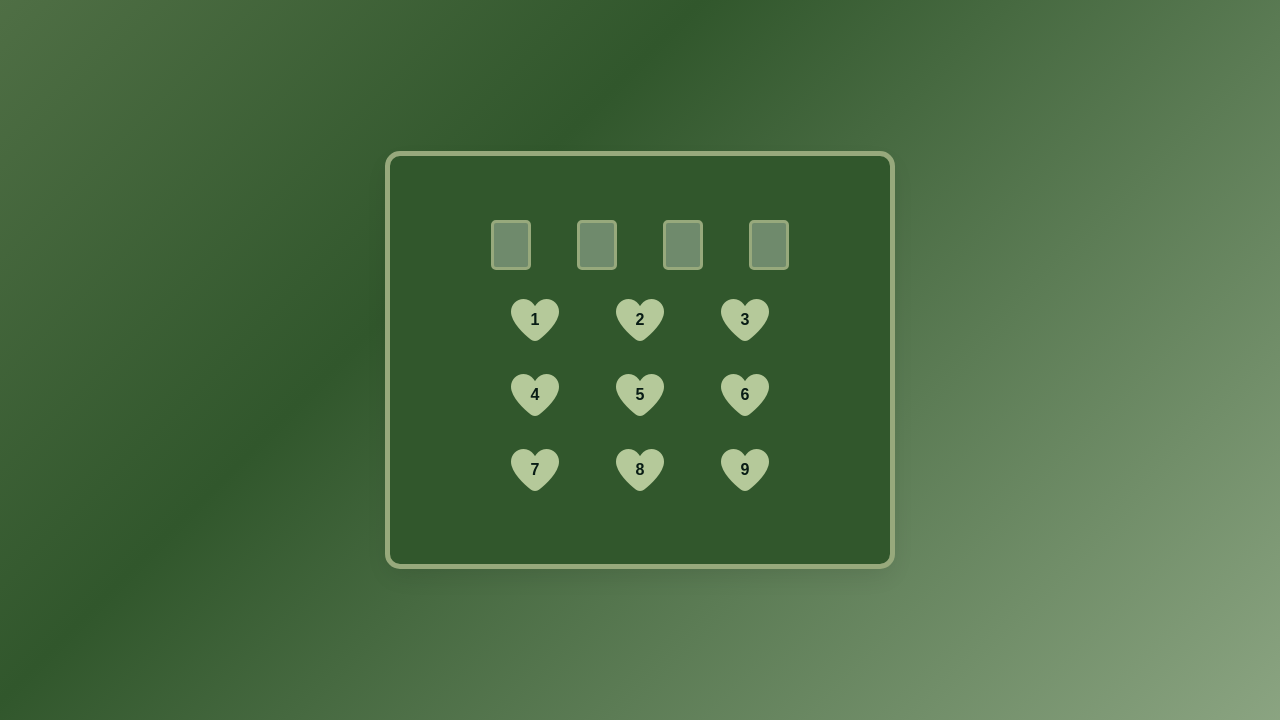
Repository: jahatesu/project-cutie
Page: index.html
These files come from the project's save history. The page is drawn as it stood at one moment and after the next save; the edit follows.
The browser window is 1280 px wide. The pictures show the whole page.
Some web libraries are served in a nearby version.

Above is the page before, as saved 2025-08-14 23:58:38.
Console error: TypeError: Cannot read properties of null (reading 'getBoundingClientRect')

### index.html
<!DOCTYPE html>
<html lang="en">
<head>
    <meta charset="UTF-8"
    meta http-equiv="X-UA-Compatible" content="IE=edge">
    <meta name="viewport" content="width=device-width, initial-scale=1.0">
    <title>idk yet</title>
    <link rel="stylesheet" href="https://cdnjs.cloudflare.com/ajax/libs/font-awesome/7.0.0/css/all.min.css">
    <link rel="stylesheet" href="style.css">
</head>

<body>
    <div class="wrapper">
        <!-- <i class="fa-solid fa-heart"></i>
        <h2 class="question">Do you wanna see why I think you’re the cutest?</h2>
        <div class="btn-group">
            <button class="btn-yes">Yes</button>
            <button class="btn-no">No</button>
        </div> -->

        <!-- PIN DISPLAY -->
         <div class="pin-display">
            <div class="pin-box"></div>
            <div class="pin-box"></div>
            <div class="pin-box"></div>
            <div class="pin-box"></div>
         </div>

         <!-- HEART BUTTONS -->
         <div class="heart-pad">
            <button data-num="1"><i class="fa-solid fa-heart"></i><span>1</span></button>
            <button data-num="2"><i class="fa-solid fa-heart"></i><span>2</span></button>
            <button data-num="3"><i class="fa-solid fa-heart"></i><span>3</span></button>
            <button data-num="4"><i class="fa-solid fa-heart"></i><span>4</span></button>
            <button data-num="5"><i class="fa-solid fa-heart"></i><span>5</span></button>
            <button data-num="6"><i class="fa-solid fa-heart"></i><span>6</span></button>
            <button data-num="7"><i class="fa-solid fa-heart"></i><span>7</span></button>
            <button data-num="8"><i class="fa-solid fa-heart"></i><span>8</span></button>
            <button data-num="9"><i class="fa-solid fa-heart"></i><span>9</span></button>

        </div>
    </div>

    <script src="script.js"></script>


</body>
</html>

### style.css
:root{
    --bg1:#e9f5db;
    --bg2:#90a955;
    --accent:#b5c99a;
    --ink:#232323;
    --splash-duration: 2600ms;
  }

*{
    margin: 0;
    padding: 0;
    box-sizing: border-box;
}

html, body {
    display: flex;
    justify-content: center;
    align-items: center;
    min-height: 100vh;
  width: 100%;
  height:100%;
}

body {
    background: linear-gradient(-45deg, #e9f5db, #31572c, #a3b18a, #588157);
    background-size: 400% 400%;
    animation: gradient 15s ease infinite;
}

@keyframes gradient {
    0% {
        background-position: 0% 50%;
    }
    50% {
        background-position: 100% 50%;
    }
    100% {
        background-position: 0% 50%;
    }
}
.wrapper{
    position: relative;
    width: 90%;
    padding: 5%;
    max-width: 500px;
    margin: 50px 50px;
    height: fit-content;
    /* max-height: 50%; */
    background: #31572c;
    border-radius: 10px;
    display: flex;
    justify-content: center;
    align-items: center;
    box-shadow: 0 10px 25px rgba(0,0,0,0.1);
    flex-direction: column;
    text-align: center;
    outline: 5px solid #97a97c;
}

.pin-display{
  display: flex;
  justify-content: space-between;
  margin-bottom: 20px;
  width: 80%;
}

.pin-box{
  width: clamp(30px, 9vw, 40px);
  height: clamp(30px, 9vw, 50px);
  border: 3px solid #97a97c;
  border-radius: 5px;
  background: rgba(255,255,255,0.3);

   display: flex;           /* center content */
  justify-content: center; /* horizontal center */
  align-items: center;     /* vertical center */

  font-size: 1.5rem;       /* size of entered number */
  font-weight: bold;       /* make number bold */
  color: #081c15;             /* number color */
  text-align: center;      /* center text */
}

.heart-pad {
  display: grid;
  grid-template-columns: repeat(3, 1fr);
  gap: 15px;
  width: 100%;
  max-width: 300px;
  justify-items: center;
  margin: 0 auto;
}

.heart-pad button {
  position: relative;
  width: 60px;
  height: 60px;
  background: none;        /* remove default button background */
  border: none;
  cursor: pointer;
  font-size: 1rem;
  color: #081c15;
  display: flex;
  justify-content: center;
  align-items: center;
  outline: 4px solid transparent; /* outline for focus state */
  transition: outline-color 0.3s ease;
}


.heart-pad i {
  position: absolute;      /* behind the number */
  font-size: 3rem;         /* heart size */
  color: #b5c99a;          /* heart color */
  z-index: 0;
}

.heart-pad button span {
  position: relative;
  z-index: 1;              /* number above the heart */
  font-weight: bold;
}


/* .wrapper i {
  font-size: 50px;
  margin-bottom: 10px;
  color: #e9f5db;
}

i{
    font-size:7.5em;
    color: #e9f5db;
    border: 5px solid transparent;
}

h2{
    font-size: 2em;
    color: #e9f5db;
    margin: 15px 0;
}
@media (max-width: 600px) {
  .h2 {
    font-size: 1.2rem;
  }
}

.btn-group{
    width: 100%;
    height: 40px;
    display: flex;
    justify-content: center;
    margin-top: 15px;
}

button {
    position: absolute;
    width: 150px;
    height: inherit;
    font-size: 1.2em;
    color: #e9f5db;
    font-weight: 600;
    border-radius: 30px;
    border: 2px solid #4f772d;
    cursor: pointer;
    box-shadow: 0 5px 15px rgba(0,0,0,0.3);
}

button:nth-child(1){
    margin-left: -200px;
    background: #4f772d;
    color: #b5c99a;
}

button:nth-child(2){
    margin-right: -200px;
    color: #b5c99a;
}

@media (max-width: 400px) {
  .question {
    font-size: 5vw;
  }
  button {
    font-size: 4vw;
  }
} */

### script.js
const wrapper = document.querySelector(".wrapper");
const question = document.querySelector(".question");
const yesBtn = document.querySelector(".btn-yes");
const noBtn = document.querySelector(".btn-no");

const pinBoxes = document.querySelectorAll('.pin-box');
const buttons = document.querySelectorAll('.heart-pad button');
let pin = [];

buttons.forEach(btn => {
  btn.addEventListener('click', () => {
    if (pin.length < 4) {
      pin.push(btn.dataset.num);
      pinBoxes[pin.length - 1].textContent = btn.dataset.num; // show number
    }
  });
});

const wrapperRect = wrapper.getBoundingClientRect();
const noBtnRect = noBtn.getBoundingClientRect();

noBtn.addEventListener('mouseover', () => {
    const i = Math.floor(Math.random() * (wrapperRect.width - noBtnRect.width));
    const j = Math.floor(Math.random() * (wrapperRect.height - noBtnRect.height));
    noBtn.style.left = i + "px";
    noBtn.style.top = j + "px";
})

After the next save:
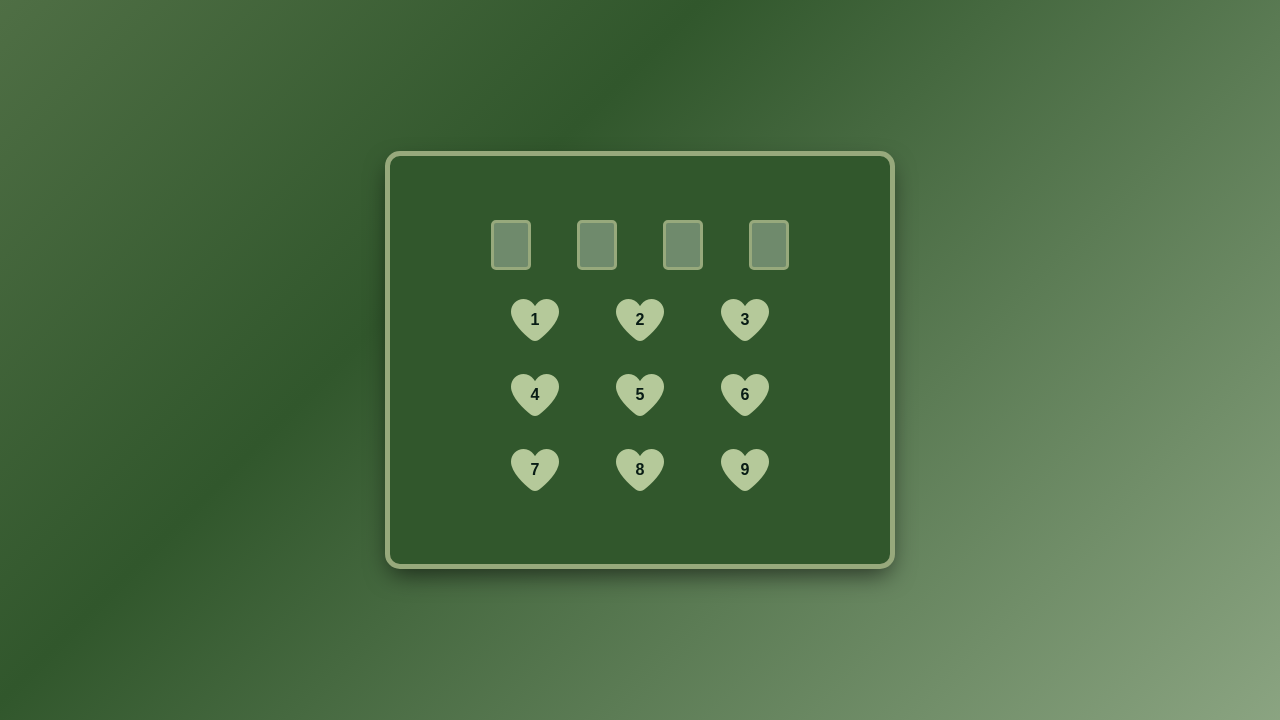
Saved 53 s later.
--- a/style.css
+++ b/style.css
@@ -51,7 +51,7 @@ body {
     display: flex;
     justify-content: center;
     align-items: center;
-    box-shadow: 0 10px 25px rgba(0,0,0,0.1);
+    box-shadow: 0 10px 25px rgba(0,0,0,0.6);
     flex-direction: column;
     text-align: center;
     outline: 5px solid #97a97c;
